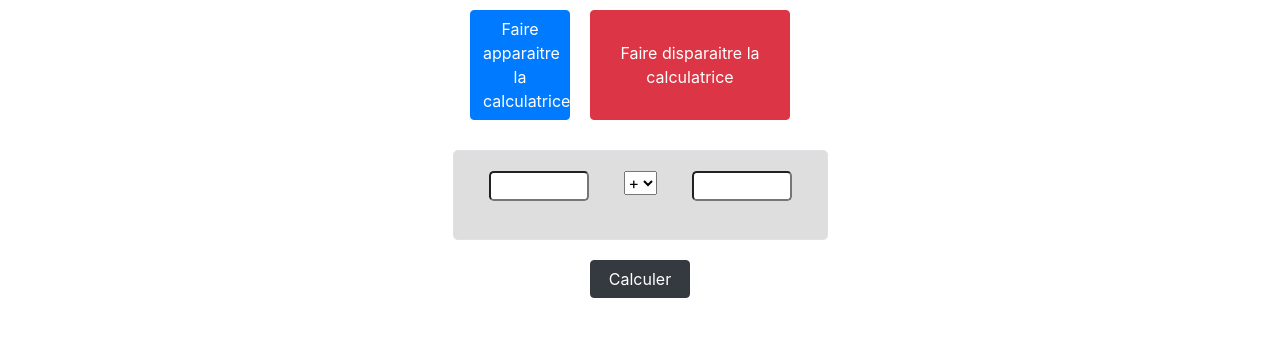
Repository: julieLyM/calculatrice
Page: calculatrice.html
An editor plug-in stored every save of this project. The page is shown before and after the next save, followed by the edit.
The browser window is 1280 px wide. The pictures show the whole page.

Above is the page before, as saved 2020-12-08 15:39:13.

After the next save:
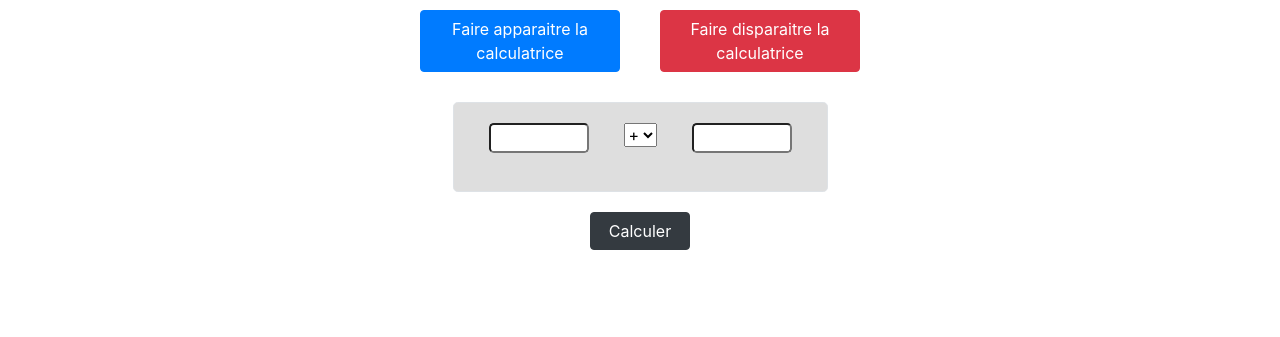
Saved 14 s later.
--- a/calculatrice.html
+++ b/calculatrice.html
@@ -10,7 +10,7 @@
   <body>
     <div class="container-fluid">
         <div class="row justify-content-center" style="padding: 10px; text-align:center">
-          <button class="btn btn-primary" style="width: 100px;" id="appear">
+          <button class="btn btn-primary" style="width: 200px; margin: 0 20px;" id="appear">
             Faire apparaitre la calculatrice
           </button>
           <button class="btn btn-danger" style="width: 200px; margin: 0 20px" id="disapear">
